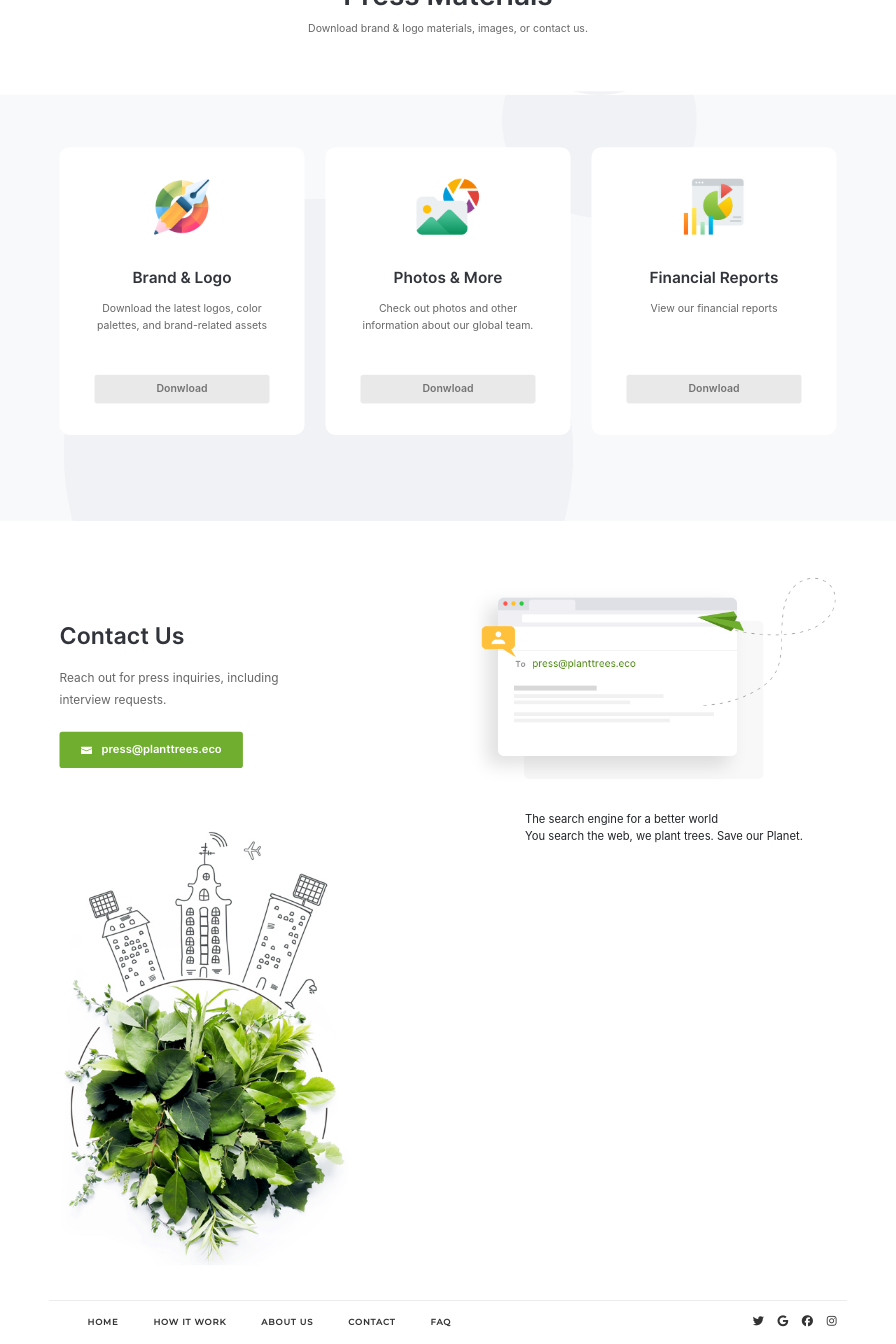
Repository: caothaito/b6g6
Page: bogo/privacy.html
An editor plug-in stored every save of this project. The page is shown before and after the next save, followed by the edit.
The browser window is 1280 px wide. The pictures show the part of the page from y = 715 to 2635 px (the page is 2635 px tall), at 70% of full size.
Some web libraries are served in a nearby version. The style sheet was rebuilt from its Sass, Less or Tailwind sources for each picture, by a compiler version that may differ from the author's.

Above is the page before, as saved 2020-09-11 16:47:59.

After the next save:
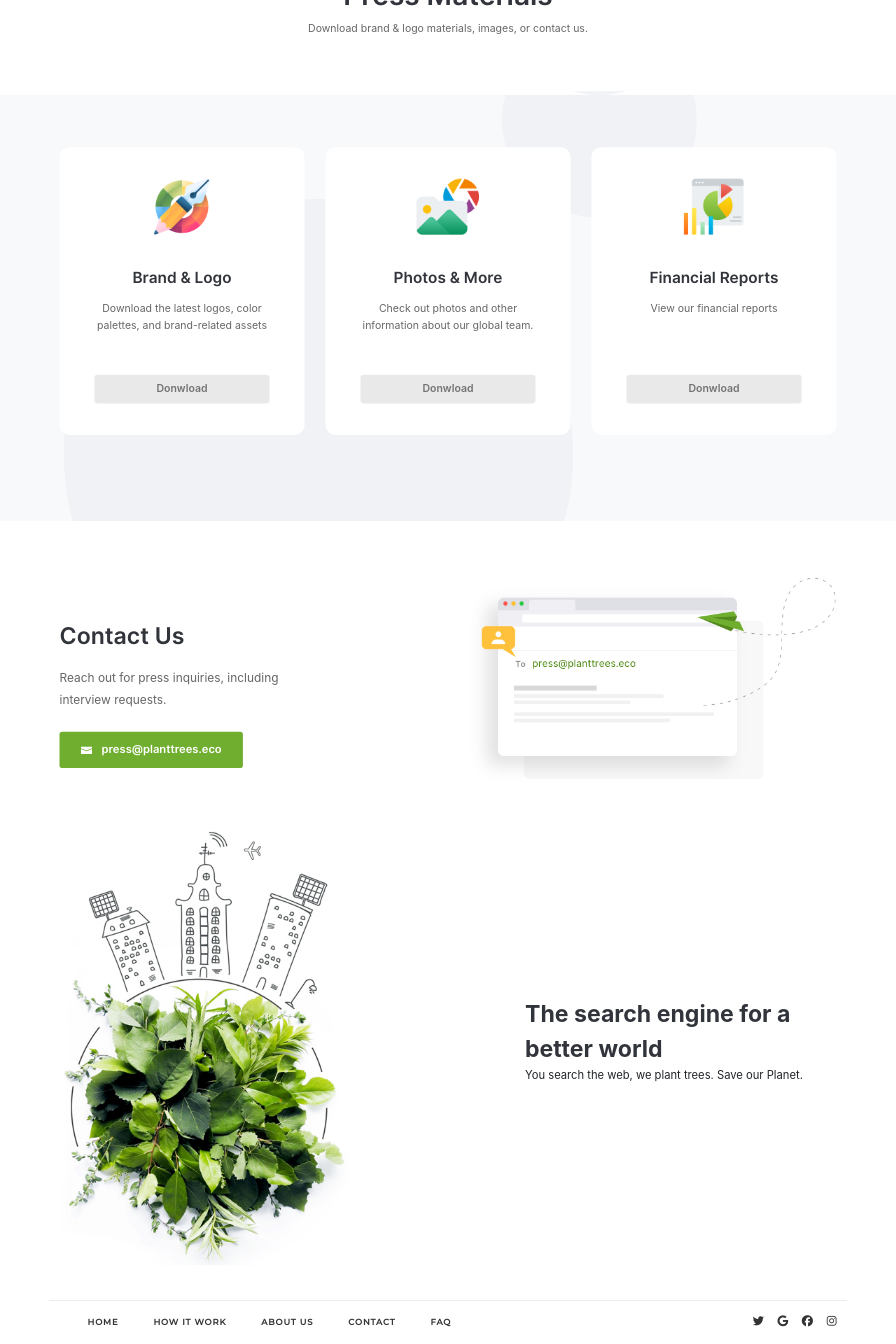
Saved 5 min 44 s later.
--- a/bogo/assets/css/media.scss
+++ b/bogo/assets/css/media.scss
@@ -282,3 +282,20 @@
         }
     }
 }
+
+.plant-trees-betterWorld{
+    .plant-betterWorld-left{
+
+    }
+    .plant-betterWorld-right{
+        padding-top: 60%;
+        .plant-betterWorld-title{
+            color: #31343a;
+            max-width: 420px;
+            position: relative;
+            font-weight: 700;
+            font-size: 33px;
+            font-size: 2.0625rem;
+        }
+    }
+}
